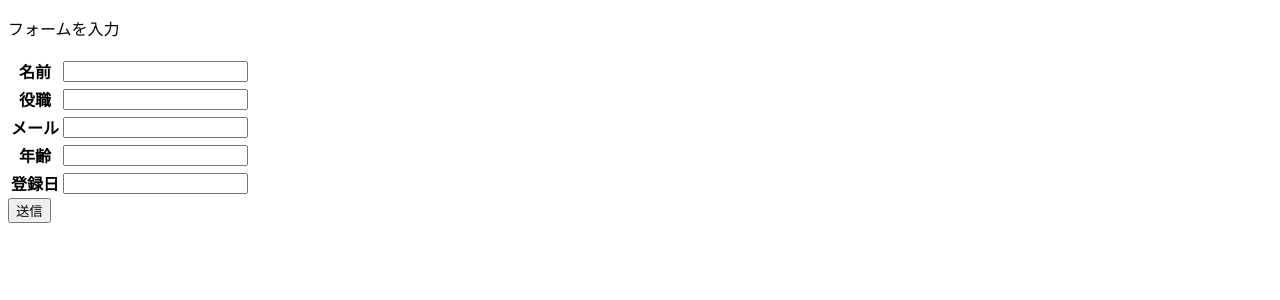
Repository: masanarimiura/20220618_miura
Page: http://localhost/
The author's editor kept a copy of each file at every save. The page is drawn from the files as they stood at one save, then again after a run of saves.
The browser window is 1280 px wide. The pictures show the whole page.
The page is served by the project's Laravel application, run on PHP 8.4 with Laravel 8. Other server files are loaded and not shown.

Above is the page before, as saved 2022-06-18 11:36:54.

### routes/web.php
<?php

use Illuminate\Support\Facades\Route;
use App\Http\Controllers\TaskController;

Route::get('/', [TaskController::class, 'index']);
Route::post('/', [TaskController::class, 'post']);

### app/Http/Controllers/TaskController.php
<?php

namespace App\Http\Controllers;

use App\Models\Customer;
use Illuminate\Http\Request;

class TaskController extends Controller
{
    public function index(Request $request)
    {
        return view('index', ['txt' => 'フォームを入力']);
    }
    public function post(Request $request)
    {
        $validate_rule = [
            'name' => 'required',
            'role' => 'required',
            'email' => 'required|email',
            'age' => 'numeric',
            'registered_at' => 'date|nullable',
        ];
        $this->validate($request, $validate_rule);
        return view('index', ['txt' => '正しい入力です']);
    }
}

### resources/views/index.blade.php
<!DOCTYPE html>
<html lang="ja">

<head>
  <meta charset="UTF-8">
  <meta name="viewport" content="width=device-width, initial-scale=1.0">
  <title>top</title>
</head>

<body>
  <p>{{$txt}}</p>
  @if (count($errors) > 0)
    <p>入力に問題があります</p>
  @endif
  <form action="/" method="POST">
    <table>
      @csrf
      @error('name')
      <tr>
        <th>Error</th>
        <td>{{$message}}</td>
      </tr>
      @enderror
      <tr>
        <th>名前</th>
        <td>
          <input type="text" name="name">
        </td>
      </tr>
      @error('role')
      <tr>
        <th>Error</th>
        <td>{{$message}}</td>
      </tr>
      @enderror
      <tr>
        <th>役職</th>
        <td>
          <input type="text" name="role">
        </td>
      </tr>
      @error('email')
      <tr>
        <th>Error</th>
        <td>{{$message}}</>
      </tr>
      @enderror
      <tr>
        <th>メール</th>
        <td>
          <input type="email" name="email">
        </td>
      </tr>
      @error('age')
      <tr>
        <th>Error</th>
        <td>{{$message}}</td>
      </tr>
      @enderror
      <tr>
        <th>年齢</th>
        <td>
          <input type="text" name="age">
        </td>
      </tr>
      @error('registered_at')
      <tr>
        <th>Error</th>
        <td>{{$message}}</td>
      </tr>
      @enderror
      <tr>
        <th>登録日</th>
        <td>
          <input type="text" name="registered_at">
        </td>
      </tr>
    </table>
    <input type="submit" value="送信">
  </form>
</body>

</html>

Loaded but not shown: app/Http/Controllers/Controller.php (common file)

After the next 2 saves:
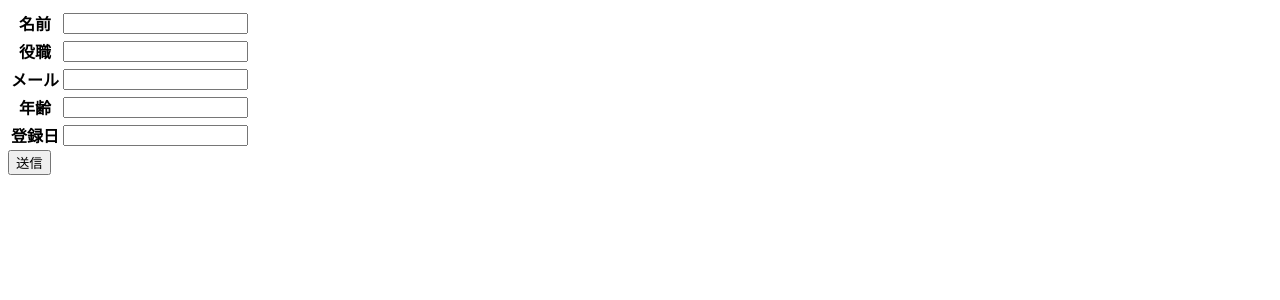
The 2 saves are shown as one change because they came seconds apart.
The last was saved 40 s later.
--- a/resources/views/index.blade.php
+++ b/resources/views/index.blade.php
@@ -8,7 +8,6 @@
 </head>
 
 <body>
-  <p>{{$txt}}</p>
   @if (count($errors) > 0)
     <p>入力に問題があります</p>
   @endif
